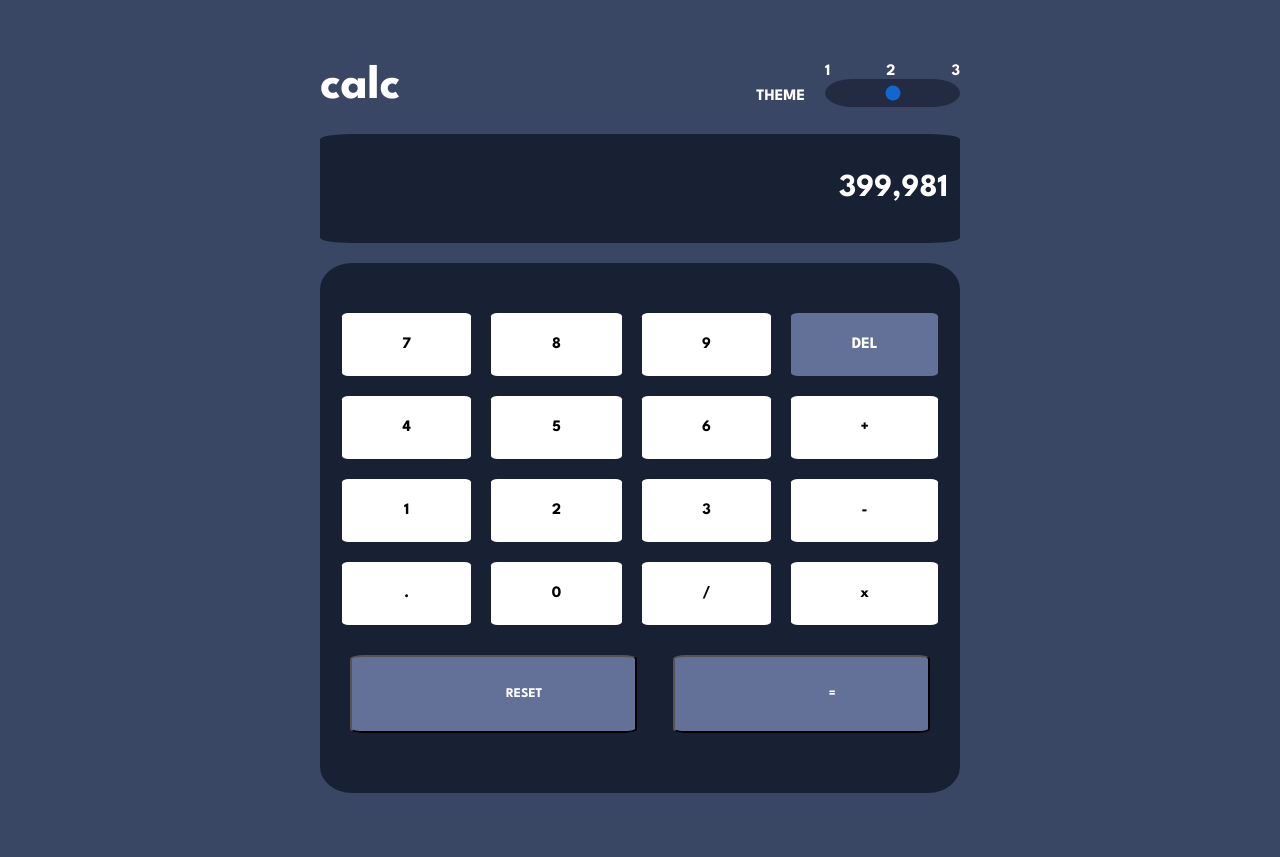
Repository: DevLaukey/calc-with-css-js
Page: index.html
These files come from the project's save history. The page is drawn as it stood at one moment and after the next save; the edit follows.
The browser window is 1280 px wide. The pictures show the whole page.

Above is the page before, as saved 2022-05-18 15:00:36.

### index.html
<!DOCTYPE html>
<html lang="en">
  <head>
    <meta charset="UTF-8" />
    <meta http-equiv="X-UA-Compatible" content="IE=edge" />
    <meta name="viewport" content="width=device-width, initial-scale=1.0" />
    <title>Calculator</title>
    <link rel="stylesheet" href="./styles.css" />
    <link rel="preconnect" href="https://fonts.googleapis.com" />
    <link rel="preconnect" href="https://fonts.gstatic.com" crossorigin />
    <link
      href="https://fonts.googleapis.com/css2?family=League+Spartan:wght@700&display=swap"
      rel="stylesheet"
    />
  </head>
  <body>
    <div class="body">
      <header class="calculator__header">
        <div>
          <p class="calculator__name text">calc</p>
        </div>
        <div class="calculator__slider">
          <div class="text">
            <p class="calculator__theme text">THEME</p>
          </div>
          <div class="class-slider">
            <p class="calculator__smallText text">
              <span>1</span>
              <span>2</span>
              <span>3</span>
            </p>
            <div class="calculator__block">
              <input
                class="slider"
                type="range"
                min="1"
                max="3"
                name=""
                id=""
              />
            </div>
          </div>
        </div>
      </header>
      <div class="calculator__display">
        <p class="text calculator__solution">399,981</p>
      </div>
      <div class="calculator__input">
        <div class="calculator__row">
          <p class="calculator__button seven">7</p>
          <p class="calculator__button eight">8</p>
          <p class="calculator__button nine">9</p>
          <p
            class="calculator__button del back"
            style="background-color: hsl(225, 21%, 49%); color: white"
          >
            DEL
          </p>
          <p class="calculator__button four">4</p>
          <p class="calculator__button five">5</p>
          <p class="calculator__button six">6</p>
          <p class="calculator__button plus">+</p>
          <p class="calculator__button one">1</p>
          <p class="calculator__button two">2</p>
          <p class="calculator__button three">3</p>
          <p class="calculator__button minus">-</p>

          <p class="calculator__button dot">.</p>
          <p class="calculator__button minus">0</p>
          <p class="calculator__button slash">/</p>
          <p class="calculator__button multiply">x</p>
        </div>
        <div class="calculator__control">
          <button class="control reset text">RESET</button>
          <button class="control equals text">=</button>
        </div>
      </div>
    </div>
  </body>
</html>

### styles.css
* {
  margin: 0;
  padding: 0;
  box-sizing: border-box;
}

body {
  background-color: hsl(222, 26%, 31%);
}
.body {
  font-family: "League Spartan", sans-serif;
  /* width: 100%; */
  /* padding: 10%; */
  margin-bottom: 5%;
  margin-top: 5%;
  margin-left: 25%;
  margin-right: 25%;
}
.calculator__header {
  display: flex;
  width: 100%;
  justify-content: space-between;
  margin-bottom: 25px;
}
.calculator__block {
  display: flex;
}
.calculator__name {
  font-size: 3em;
  color: white;
}
.calculator__slider {
  display: flex;
}
.calculator__theme {
  margin-top: 25px;
  margin-right: 20px;
}
.calculator__smallText {
  display: flex;

  justify-content: space-between;
}
.text {
  color: white;
  font-family: "League Spartan", sans-serif;
}
.numbers {
  color: hsl(221, 14%, 31%);
}
.slider {
  -webkit-appearance: none;
  /* width: 100%; */
  /* height: 30px; */
  /* width: 100%; */
  padding: 6px 3px;
  background: hsl(224, 36%, 15%);
  border-radius: 50px/25px;
  /* padding-top: 0.5em; */
  /* outline: none; */
  opacity: 0.7;
  -webkit-transition: 0.2s;
  transition: opacity 0.2s;
}
.background-red {
  background-color: hsl(6, 63%, 50%);
}

.background-light-orange {
  background-color: hsl(30, 25%, 89%);
}

.slider:hover {
  opacity: 1;
}
.slider::-webkit-slider-thumb {
  /* -webkit-appearance: none; */
  /* appearance: none; */
  width: 25px;
  height: 25px;
  color: hsl(6, 63%, 50%);
  background: hsl(6, 63%, 50%);
  cursor: pointer;
}

.slider::-moz-range-thumb {
  width: 25px;
  height: 25px;
  background-color: hsl(6, 63%, 50%);
  cursor: pointer;
}

.calculator__display {
  background-color: hsl(224, 36%, 15%);
  display: flex;
  flex-direction: row-reverse;
  border-radius: 5%;
  padding: 2.5em 0.75rem 2.5em 0.75em;
  margin-bottom: 20px;
}
.calculator__solution {
  font-size: 2em;
}
.calculator__input {
  background-color: hsl(224, 36%, 15%);
  border-radius: 5%;
  text-align: center;
  padding: 2.5em 0.75rem 2.5em 0.75em;
  display: flex;
  flex-direction: column;
}
.calculator__row {
  display: grid;
  gap: 20px;
  grid-template-columns: auto auto auto auto;
  padding: 10px;
  margin-bottom: 20px;
}
.calculator__button {
  background-color: white;
  padding-top: 1.5em;
  padding-bottom: 1.5em;
  padding-left: -0.2em;
  padding-right: -0.2em;
  border-radius: 5%;
  box-shadow: hsl(224, 28%, 35%);
}
.calculator__control {
  display: flex;
  justify-content: space-around;
  margin-bottom: 20px;
}
.control {
  padding: 5% 15% 5% 25%;
  border-radius: 5%;
}
.reset {
  background-color: hsl(225, 21%, 49%);
}
.equals {
  background-color: hsl(225, 21%, 49%);
}

After the next save:
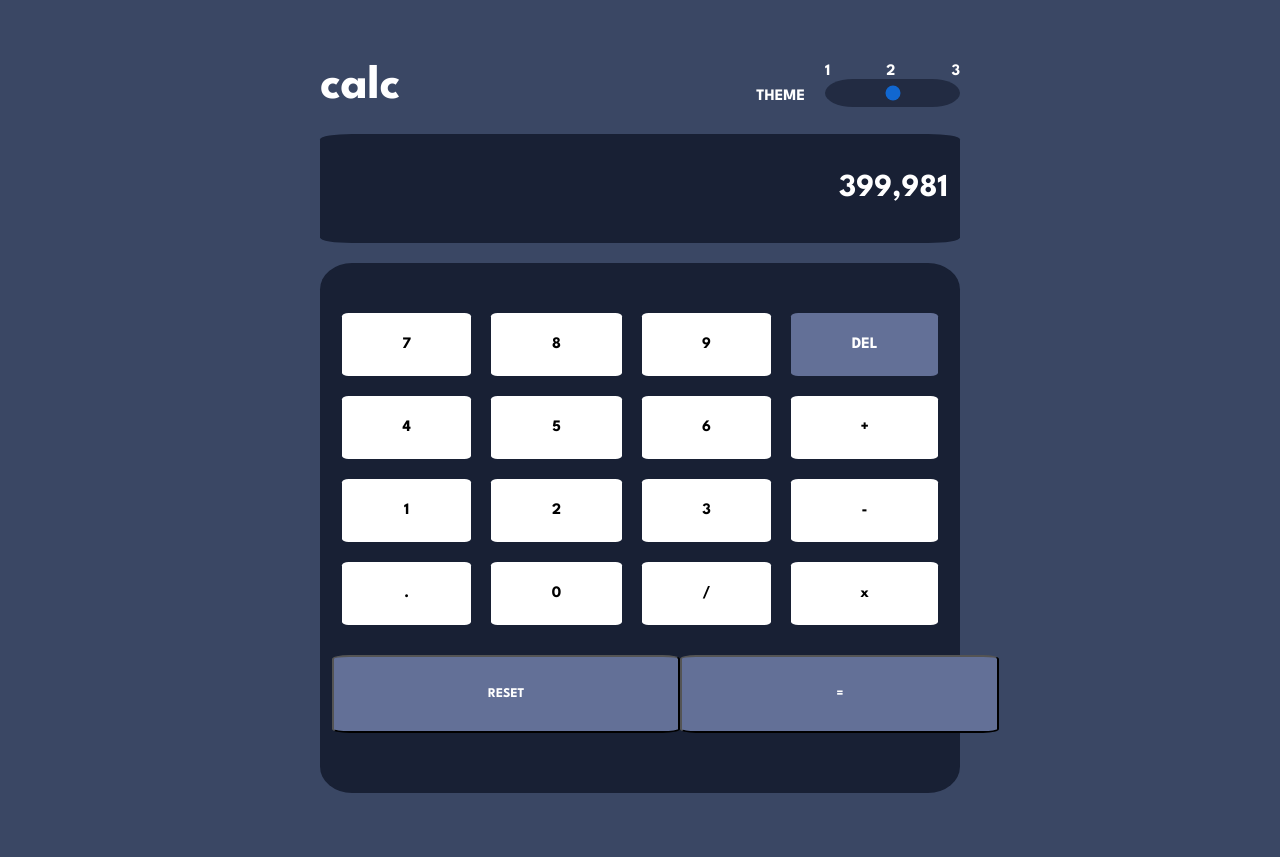
Saved 22 s later.
--- a/styles.css
+++ b/styles.css
@@ -131,7 +131,7 @@
   margin-bottom: 20px;
 }
 .control {
-  padding: 5% 15% 5% 25%;
+  padding: 5% 25% 5% 25%;
   border-radius: 5%;
 }
 .reset {

After the save that followed:
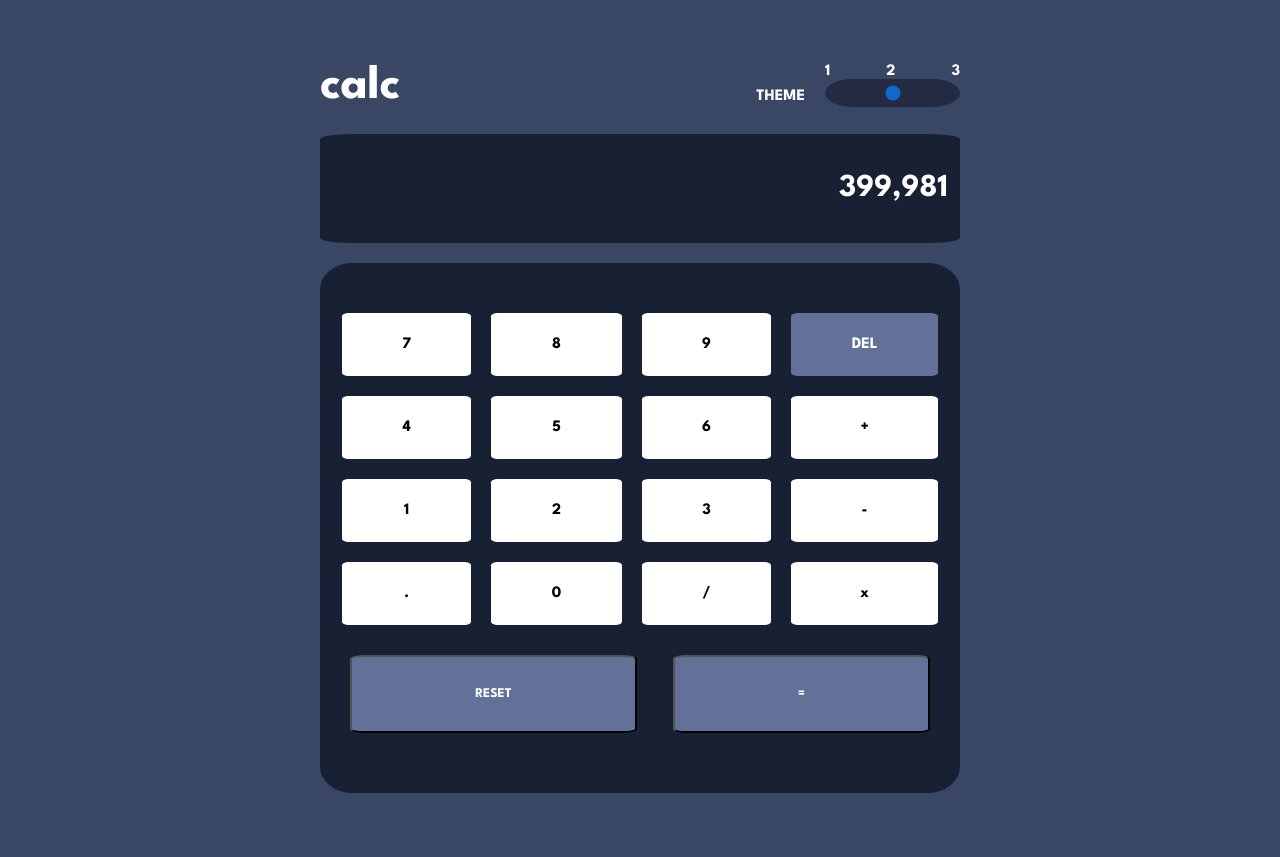
Saved 7 s later.
--- a/styles.css
+++ b/styles.css
@@ -131,7 +131,7 @@
   margin-bottom: 20px;
 }
 .control {
-  padding: 5% 25% 5% 25%;
+  padding: 5% 20% 5% 20%;
   border-radius: 5%;
 }
 .reset {
